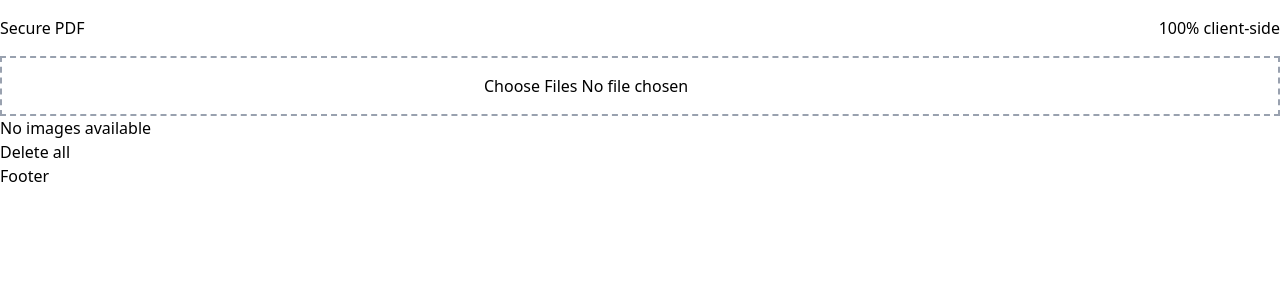
Repository: Cozmoss/TFE_IFAPME
Page: /
The author's editor kept a copy of each file at every save. The page is drawn from the files as they stood at one save, then again after the next save.
The browser window is 1280 px wide. The pictures show the whole page.
The project was rebuilt for these pictures with package versions that can differ from the ones it lists, and the page was loaded fresh each time. Also part of the build but not shown: vite.config.js.

Above is the page before, as saved 2026-04-13 13:52:21.

### index.html
<!doctype html>
<html lang="en">
  <head>
    <meta charset="UTF-8" />
    <link rel="icon" type="image/svg+xml" href="/favicon.svg" />
    <meta name="viewport" content="width=device-width, initial-scale=1.0" />
    <title>pixmerge</title>
  </head>
  <body>
    <div id="root"></div>
    <script type="module" src="/src/main.jsx"></script>
  </body>
</html>

### src/main.jsx
import { StrictMode } from 'react'
import { createRoot } from 'react-dom/client'
import './index.css'
import App from './App.jsx'
import ImageProvider from './context/imageContext.jsx'

createRoot(document.getElementById('root')).render(
  <StrictMode>
    <ImageProvider>
        <App />
    </ImageProvider>
  </StrictMode>,
)

### src/App.jsx
import Header from './components/Header.jsx'
import ImageDropZone from './components/ImageDropZone.jsx'
import ImageList from './components/ImageList.jsx'
import ActionBar from './components/ActionBar.jsx'
import Footer from './components/Footer.jsx'

function App() {

  return (
		<>
            <Header />
            <main>
                <ImageDropZone />
                <ImageList />
                <ActionBar />
            </main>
            <Footer />
		</>
  );
}

export default App

### src/context/imageContext.jsx
import { createContext, useState, useContext } from 'react'

const ImageContext = createContext()


export default function ImageProvider({ children }) {
  const [images, setImages] = useState([])

  return (
    <ImageContext.Provider value={{ images, setImages }}>
      {children}
    </ImageContext.Provider>

  )

}

export function useImages() {
  return useContext(ImageContext)
}

### src/components/Header.jsx
import React from 'react'

export default function Header() {
  return (
    <header>
        <nav className="flex justify-between items-center py-4">
            <div>Secure PDF</div>
            <div>100% client-side</div>
        </nav>
    </header>
  )
}

### src/components/ImageDropZone.jsx
import {useImages} from '../context/imageContext.jsx'
import { nanoid } from 'nanoid'

export default function ImageDropZone() {
    const { setImages } = useImages();

    function processFiles (files) {
        const newImages = Array.from(files).map((file) => ({
			id: nanoid(), // Generate a unique ID for each image
			file: file, // Store the original file object
			preview: URL.createObjectURL(file), // Create a preview URL for the image
		}));
        setImages((prevImages) => [...prevImages, ...newImages]);
    }

    function onDragOver(event) {
        event.preventDefault();
    }

    function onDrop (event) {
        event.preventDefault();
        const files = event.dataTransfer.files;
        processFiles(files);
    }

    function handleFileSelect(event) {
        const files = event.target.files
        processFiles(files);
    }
  return (
    <section onDragOver={onDragOver} onDrop={onDrop} onDragOver={(e) => e.preventDefault()} className="border-2 border-dashed border-gray-400 p-4 text-center">
        <input type="file" id="imagesList" name="imagesList" accept="image/png, image/jpeg, image/webp" multiple onChange={handleFileSelect} />
    </section>
  )
}

### src/components/ImageList.jsx
import { useImages } from '../context/imageContext.jsx'

export default function ImageList() {
  const { images, setImages } = useImages();

 function formatFileSize(bytes) {
    if (bytes >= 1048576) {
        return (bytes / 1048576).toFixed(1) + ' MB';
    }
    return (bytes / 1024).toFixed(1) + ' KB';
 }

 function handleRemoveImage(id) {
    setImages(prevImages => prevImages.filter(image => image.id !== id))
 }

  return (
    <div>
        <ul>
            {images.length === 0 ? <li>No images available</li> : images.map(image => (
                <li key={image.id}>
                    <img src={image.preview} alt={image.file.name} width="100" height="100" />
                    <p>{image.file.name}</p>
                    <p>{formatFileSize(image.file.size)}</p>
                    <button onClick={() => handleRemoveImage(image.id)}>Remove</button>
                </li>
            ))}
        </ul>
    </div>
  )
}

### src/components/ActionBar.jsx
import { useImages } from '../context/imageContext.jsx'

export default function ActionBar() {
    const { setImages } = useImages();

    function handleRemoveAll() {
        if (window.confirm('Are you sure you want to delete all images?')) {
            setImages([])
        }
    }
    return (
        <div>
            <button onClick={handleRemoveAll} className="cursor-pointer">Delete all</button>
        </div>
    )
}

Loaded but not shown: src/index.css (common file); src/components/Footer.jsx (common file)

After the next save:
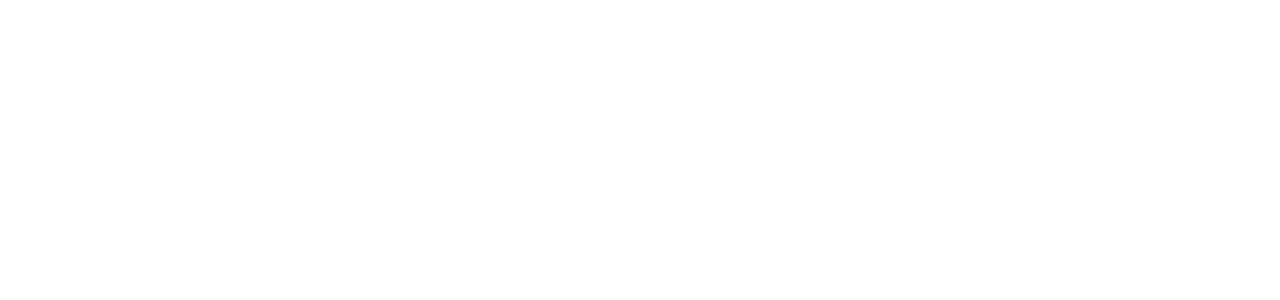
Console error: ReferenceError: onDragOver is not defined
Saved 10 s later.
--- a/src/components/ImageDropZone.jsx
+++ b/src/components/ImageDropZone.jsx
@@ -11,10 +11,6 @@
 			preview: URL.createObjectURL(file), // Create a preview URL for the image
 		}));
         setImages((prevImages) => [...prevImages, ...newImages]);
-    }
-
-    function onDragOver(event) {
-        event.preventDefault();
     }
 
     function onDrop (event) {

After the 3 saves that followed:
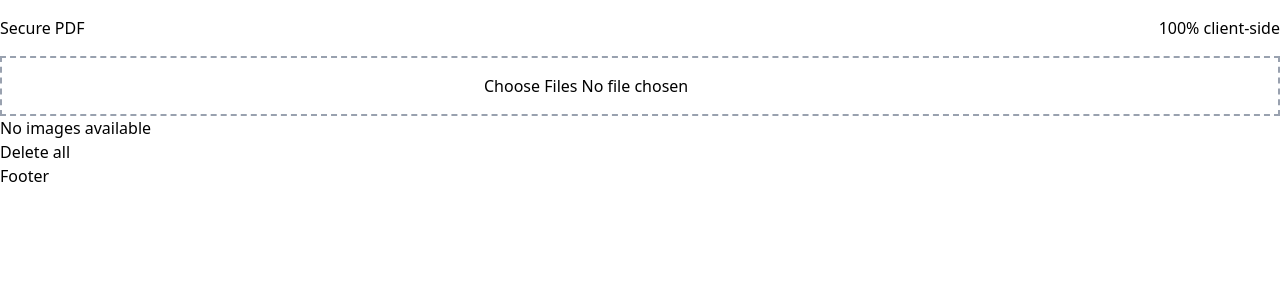
The error is gone.
The 3 saves are shown as one change because 1 left the picture as it was and some came seconds apart.
The last was saved 11 s later.
--- a/src/components/ImageDropZone.jsx
+++ b/src/components/ImageDropZone.jsx
@@ -24,7 +24,7 @@
         processFiles(files);
     }
   return (
-    <section onDragOver={onDragOver} onDrop={onDrop} onDragOver={(e) => e.preventDefault()} className="border-2 border-dashed border-gray-400 p-4 text-center">
+    <section onDragOver={(e) => e.preventDefault()} onDrop={onDrop} onDragOver={(e) => e.preventDefault()} className="border-2 border-dashed border-gray-400 p-4 text-center">
         <input type="file" id="imagesList" name="imagesList" accept="image/png, image/jpeg, image/webp" multiple onChange={handleFileSelect} />
     </section>
   )
